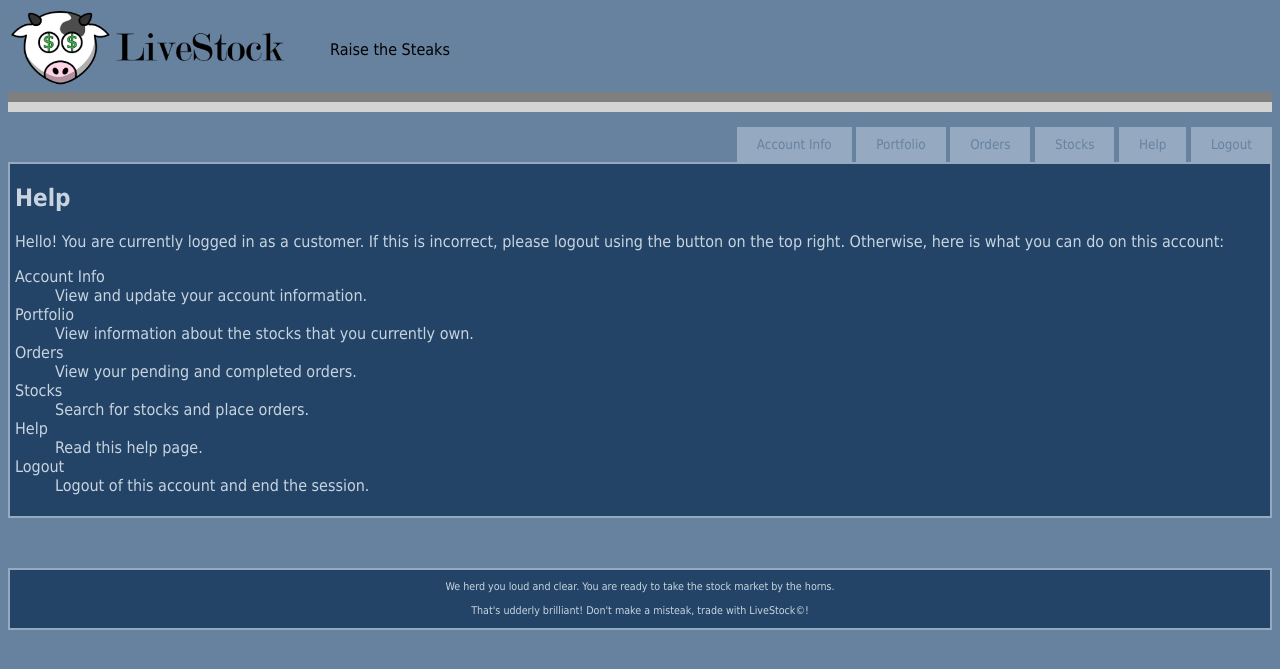
Repository: yastapova/live-stock
Page: http://localhost/LiveStockSite/WEB-INF/cust_help.jsp
These files come from the project's save history. The page is drawn as it stood at one moment and after the next save; the edit follows.
The browser window is 1280 px wide. The pictures show the whole page.
The page is served by Tomcat 9. Nobody is signed in. The template is opened directly, without the code that normally fills it, so the values that code supplies are empty.

Above is the page before, as saved 2016-04-19 22:49:25.

After the next save:
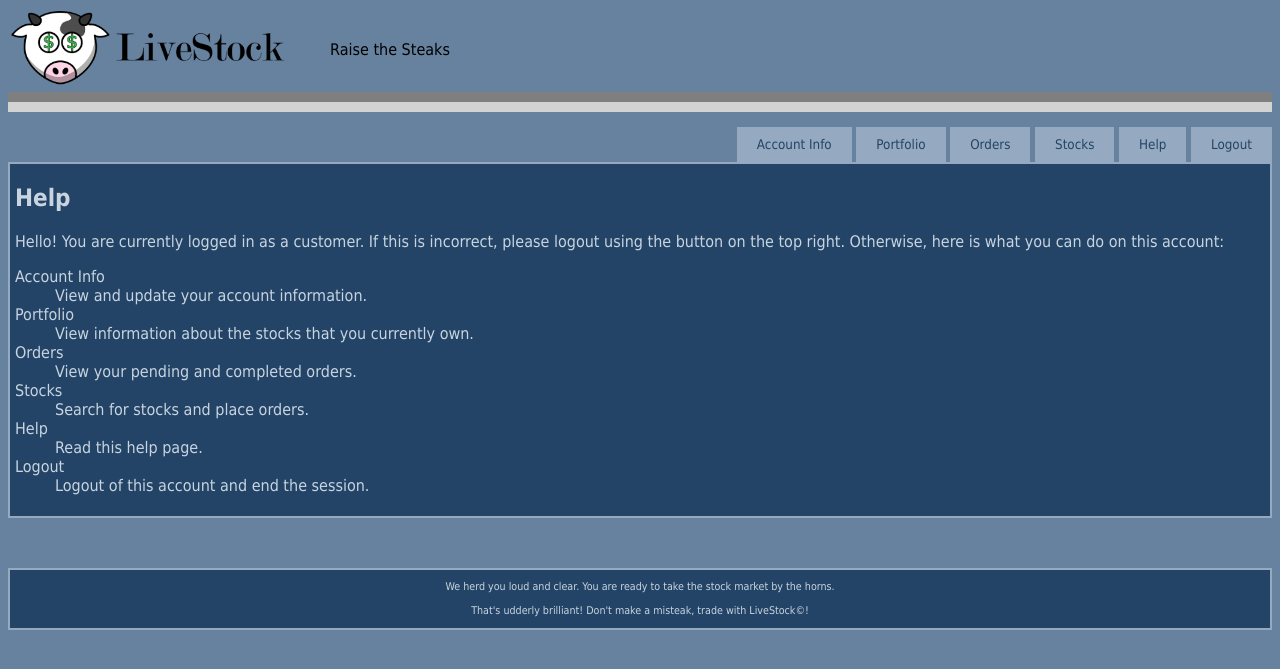
Saved 2 min 18 s later.
--- a/LiveStockSite/WebContent/WEB-INF/gen.css
+++ b/LiveStockSite/WebContent/WEB-INF/gen.css
@@ -51,13 +51,13 @@ a {
 }
 .menu a, a:visited {
 	background-color: #95AAC0;
-	color: #67829F;
+	color: #234467;
 	padding: 10px 20px;
 	text-align: center;
 	text-decoration: none;
 	display: inline-block;
 }
 .menu a:hover, a:active {
-	background-color:#234467;
+	background-color: #234467;
 	color: #C8D3E0;
 }
